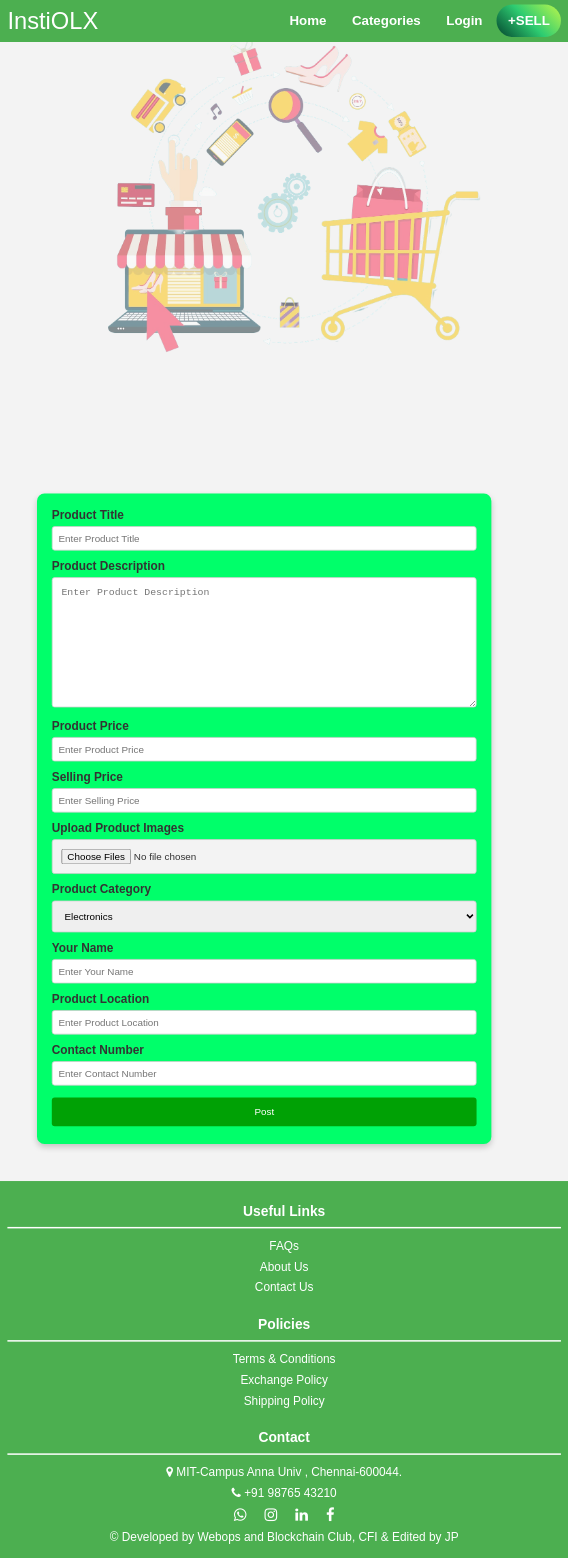
Repository: John-Prabu-A/web-dev-summer-school
Page: Session_1_Assignment/sell.html
The author's editor kept a copy of each file at every save. The page is drawn from the files as they stood at one save, then again after the next save.
The browser window is 768 px wide. The pictures show the whole page, at 74% of full size.

Above is the page before, as saved 2024-06-20 16:33:20.

After the next save:
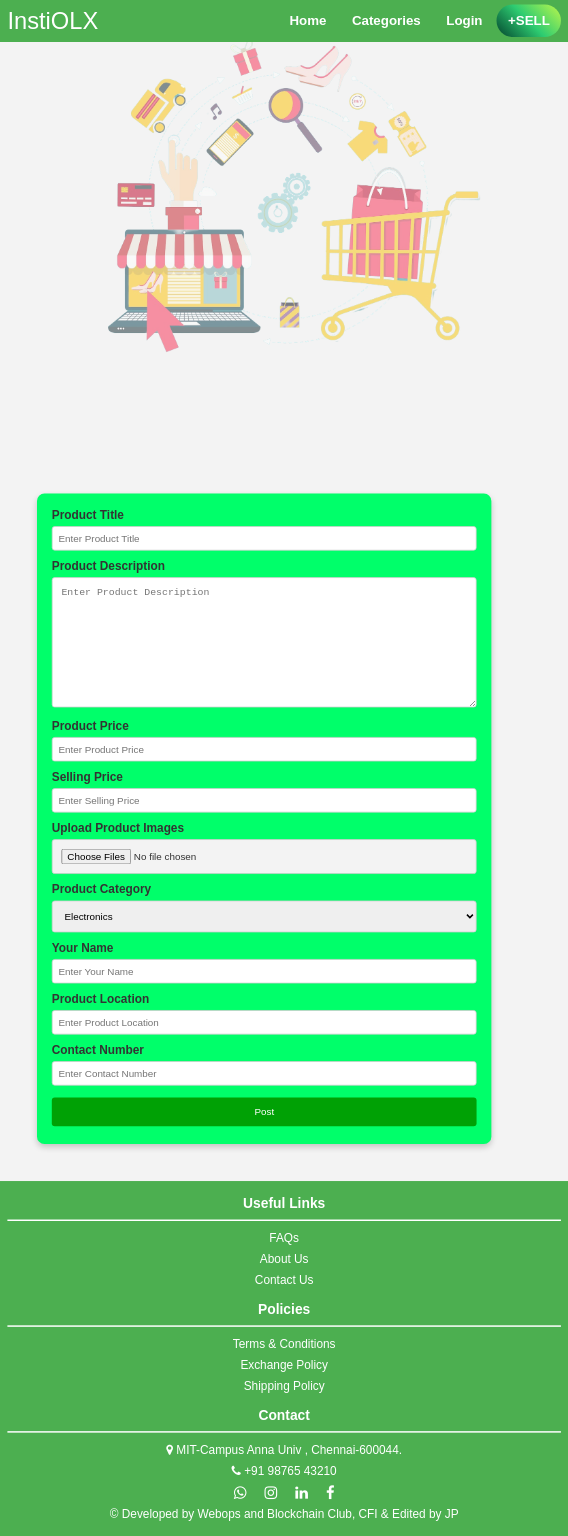
Saved 17 s later.
--- a/Session_1_Assignment/sell-page.css
+++ b/Session_1_Assignment/sell-page.css
@@ -124,5 +124,6 @@ button:hover {
 
     .footer-column {
         width: 100%;
+        margin-top: 0px;
     }
 }
